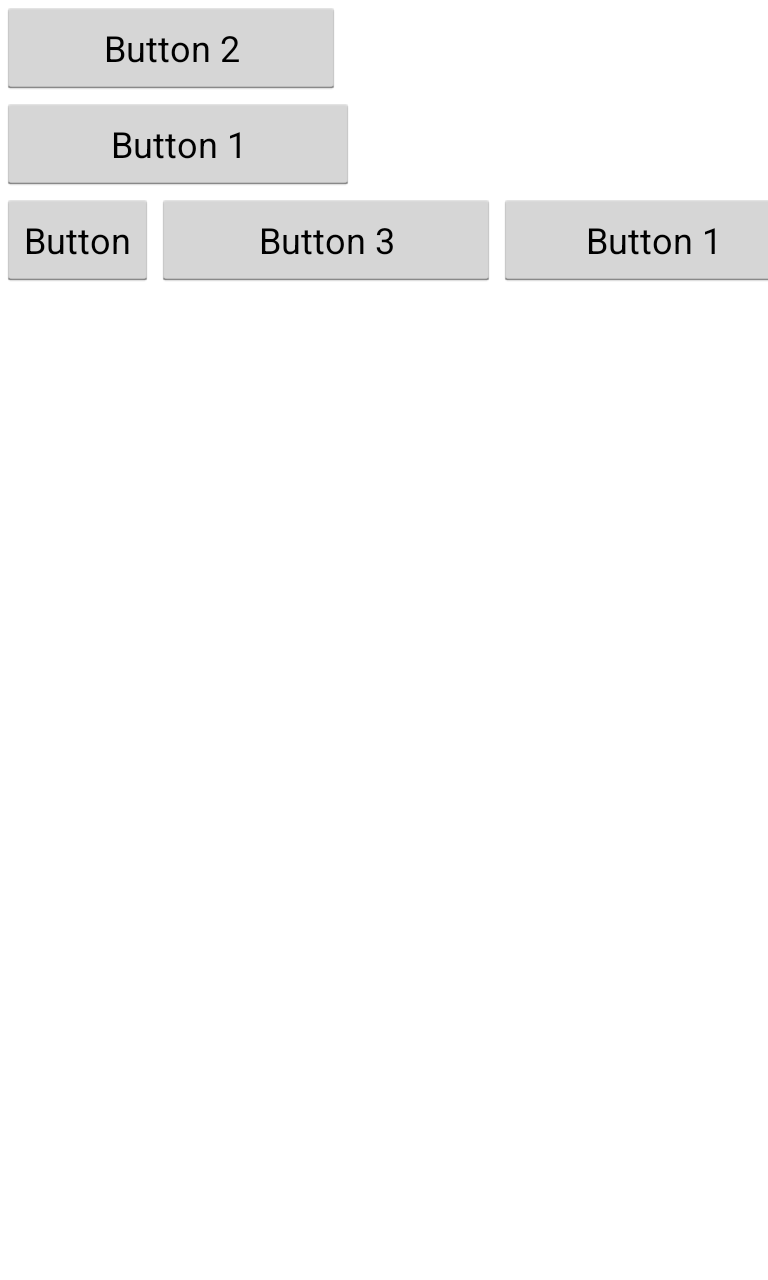
Repository: Lijianhao1995/Android
Layout: ActivityTest/res/layout/first_layout.xml
The author's editor kept a copy of each file at every save. The layout is drawn from the files as they stood at one save, then again after the next save.
It is drawn on a 768 x 1280 px phone screen (xhdpi) without system bars, with theme AppTheme; the app's code is not run.

Above is the layout before, as saved 2015-04-26 08:06:32.

### ActivityTest/res/layout/first_layout.xml
<?xml version="1.0" encoding="utf-8"?>
<LinearLayout xmlns:android="http://schemas.android.com/apk/res/android"
    xmlns:tools="http://schemas.android.com/tools"
    android:layout_width="match_parent"
    android:layout_height="match_parent"
    android:orientation="vertical"
    tools:context=".FirstActivity" >

    <Button
        android:id="@+id/button_2"
        android:layout_width="171dp"
        android:layout_height="wrap_content"
        android:text="Button 2" />

    <Button
        android:id="@+id/button_1"
        android:layout_width="178dp"
        android:layout_height="wrap_content"
        android:text="Button 1" />

    <LinearLayout
    	android:layout_width="match_parent"
    	android:layout_height="match_parent"
    	android:orientation="horizontal"
    	tools:context=".FirstActivity" >

        <Button
            android:id="@+id/button1"
            android:layout_width="wrap_content"
            android:layout_height="wrap_content"
            android:text="Button" />

    	<Button
        	android:id="@+id/button_3"
       		android:layout_width="171dp"
        	android:layout_height="wrap_content"
        	android:text="Button 3" />

   		<Button
        	android:id="@+id/button_4"
        	android:layout_width="156dp"
        	android:layout_height="wrap_content"
        	android:text="Button 1" />

	</LinearLayout>

	<LinearLayout
	    android:layout_width="wrap_content"
	    android:layout_height="wrap_content" >
   		<Button
            android:id="@+id/button6"
            android:layout_width="wrap_content"
            android:layout_height="wrap_content"
            android:text="Button 6" />

	</LinearLayout>


</LinearLayout>

Loaded but not shown: ActivityTest/res/values/styles.xml (common file); ActivityTest/res/values-v11/styles.xml (common file); ActivityTest/res/values-v14/styles.xml (common file)

After the next save:
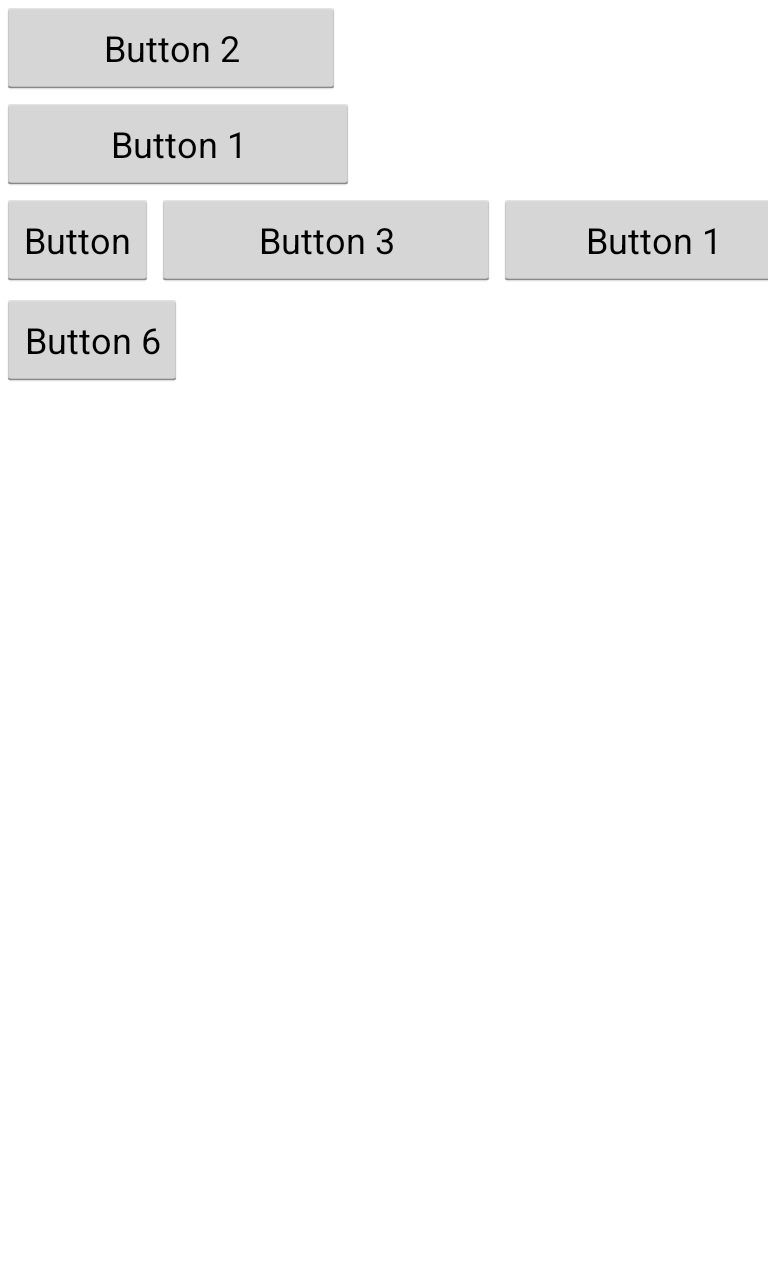
Saved 18 s later.
--- a/ActivityTest/res/layout/first_layout.xml
+++ b/ActivityTest/res/layout/first_layout.xml
@@ -20,7 +20,7 @@
 
     <LinearLayout
     	android:layout_width="match_parent"
-    	android:layout_height="match_parent"
+    	android:layout_height="50dp"
     	android:orientation="horizontal"
     	tools:context=".FirstActivity" >
 
